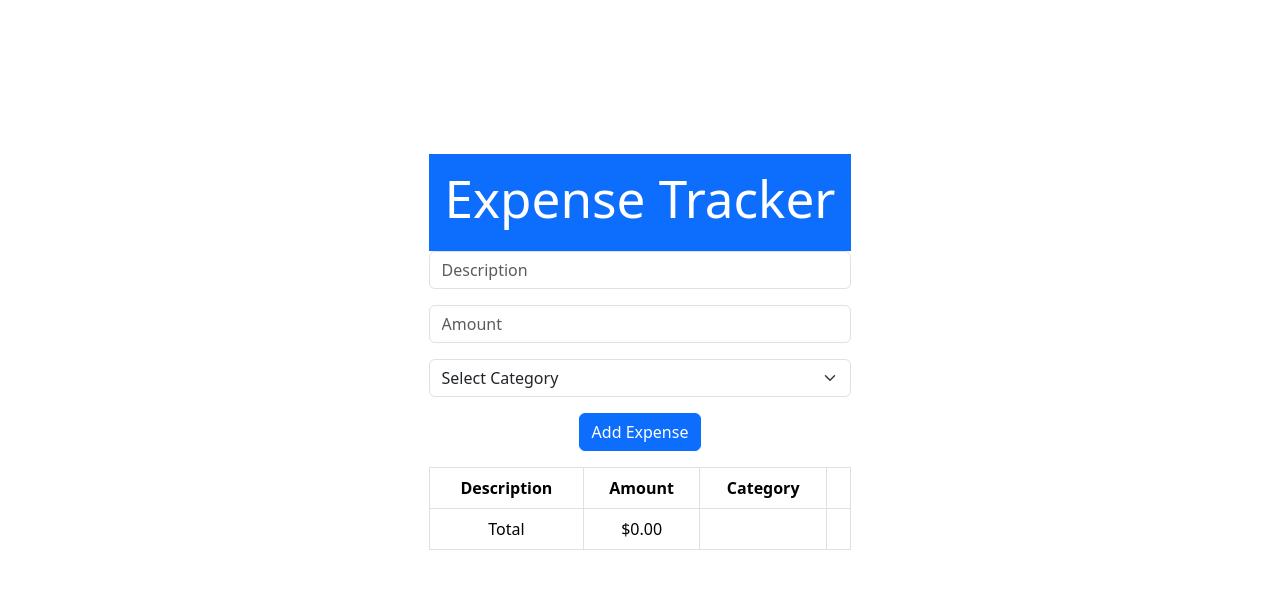
Repository: JuniorDevChris/ExpenseTracker
Page: / (app in frontend/)
These files come from the project's save history. The page is drawn as it stood at one moment and after the next save; the edit follows.
The browser window is 1280 px wide. The pictures show the whole page.
The project was rebuilt for these pictures with package versions that can differ from the ones it lists, and the page was loaded fresh each time. Also part of the build but not shown: frontend/vite.config.js.

Above is the page before, as saved 2024-07-07 17:18:38.

### frontend/src/main.jsx
import 'bootstrap/dist/css/bootstrap.min.css';
import React from 'react';
import ReactDOM from 'react-dom/client';
import App from './App';
import './index.css';

ReactDOM.createRoot(document.getElementById('root')).render(
  <React.StrictMode>
    <App />
  </React.StrictMode>
);

### frontend/src/App.jsx
import React, { useState } from 'react';
import Header from './components/Header';
import ExpenseForm from './components/ExpenseForm';
import ExpenseList from './components/ExpenseList';
import './App.css';

function App() {
  const [expenses, setExpenses] = useState([]);

  const addExpense = (expense) => {
    setExpenses([...expenses, { ...expense, id: Date.now() }]);
  };

  const deleteExpense = (id) => {
    setExpenses(expenses.filter((expense) => expense.id !== id));
  };

  return (
    <div className="App container">
      <Header />
      <ExpenseForm addExpense={addExpense} />
      <ExpenseList expenses={expenses} deleteExpense={deleteExpense} />
    </div>
  );
}

export default App;

### frontend/src/components/Header.jsx
import React from 'react';

const Header = () => {
  return (
    <header className="bg-primary text-white p-3">
      <h1>Expense Tracker</h1>
    </header>
  );
};

export default Header;

### frontend/src/components/ExpenseForm.jsx
import React, { useState } from 'react';

const ExpenseForm = ({ addExpense }) => {
  const [description, setDescription] = useState('');
  const [amount, setAmount] = useState('');
  const [category, setCategory] = useState('');

  const handleSubmit = (e) => {
    e.preventDefault();
    addExpense({ description, amount: parseFloat(amount), category });
    setDescription('');
    setAmount('');
    setCategory('');
  };

  return (
    <form onSubmit={handleSubmit} className="mb-3">
      <div className="mb-3">
        <input
          type="text"
          className="form-control"
          placeholder="Description"
          value={description}
          onChange={(e) => setDescription(e.target.value)}
          required
        />
      </div>
      <div className="mb-3">
        <input
          type="number"
          className="form-control"
          placeholder="Amount"
          value={amount}
          onChange={(e) => setAmount(e.target.value)}
          required
        />
      </div>
      <div className="mb-3">
        <select
          className="form-select"
          value={category}
          onChange={(e) => setCategory(e.target.value)}
          required
        >
          <option value="" disabled>Select Category</option>
          <option value="Groceries">Groceries</option>
          <option value="Utilities">Utilities</option>
          <option value="Entertainment">Entertainment</option>
        </select>
      </div>
      <button type="submit" className="btn btn-primary">Add Expense</button>
    </form>
  );
};

export default ExpenseForm;

### frontend/src/components/ExpenseList.jsx
import React from 'react';

const ExpenseList = ({ expenses, deleteExpense }) => {
  return (
    <table className="table table-bordered">
      <thead>
        <tr>
          <th>Description</th>
          <th>Amount</th>
          <th>Category</th>
          <th></th>
        </tr>
      </thead>
      <tbody>
        {expenses.map((expense) => (
          <tr key={expense.id}>
            <td>{expense.description}</td>
            <td>${expense.amount.toFixed(2)}</td>
            <td>{expense.category}</td>
            <td>
              <button
                className="btn btn-outline-danger"
                onClick={() => deleteExpense(expense.id)}
              >
                Delete
              </button>
            </td>
          </tr>
        ))}
      </tbody>
      <tfoot>
        <tr>
          <td>Total</td>
          <td>
            $
            {expenses
              .reduce((acc, expense) => acc + parseFloat(expense.amount), 0)
              .toFixed(2)}
          </td>
          <td></td>
          <td></td>
        </tr>
      </tfoot>
    </table>
  );
};

export default ExpenseList;

Loaded but not shown: frontend/index.html (common file); frontend/src/index.css (common file); frontend/src/App.css (common file)

After the next save:
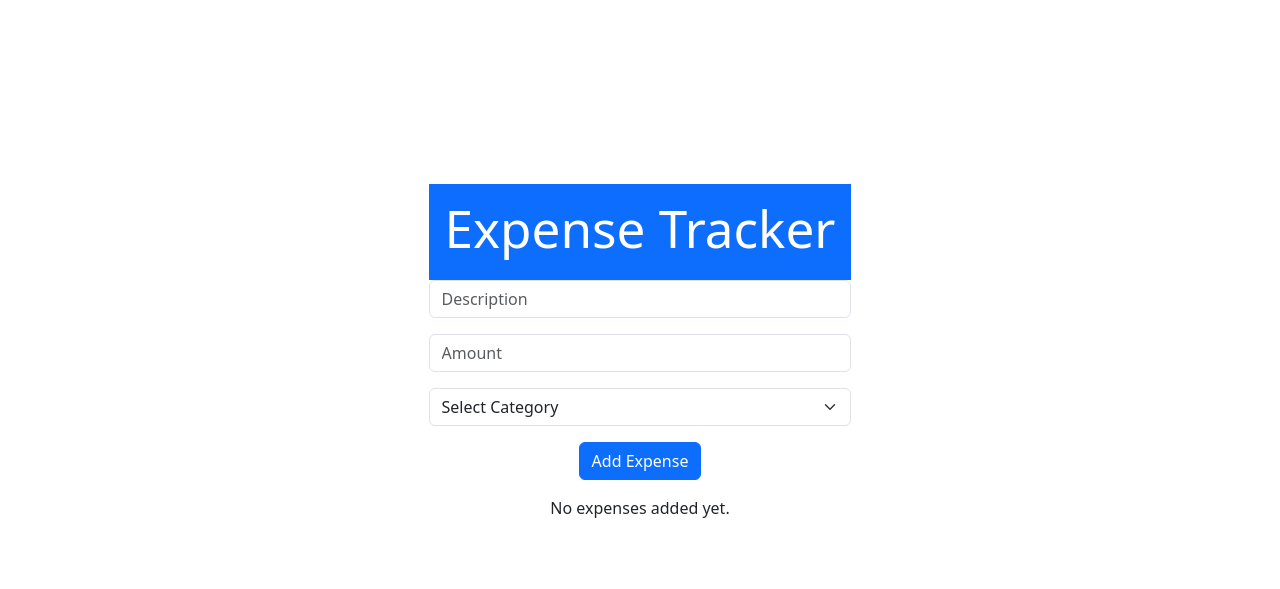
Saved 8 s later.
--- a/frontend/src/components/ExpenseList.jsx
+++ b/frontend/src/components/ExpenseList.jsx
@@ -1,6 +1,10 @@
 import React from 'react';
 
 const ExpenseList = ({ expenses, deleteExpense }) => {
+  if (expenses.length === 0) {
+    return <p className="text-center">No expenses added yet.</p>;
+  }
+
   return (
     <table className="table table-bordered">
       <thead>
